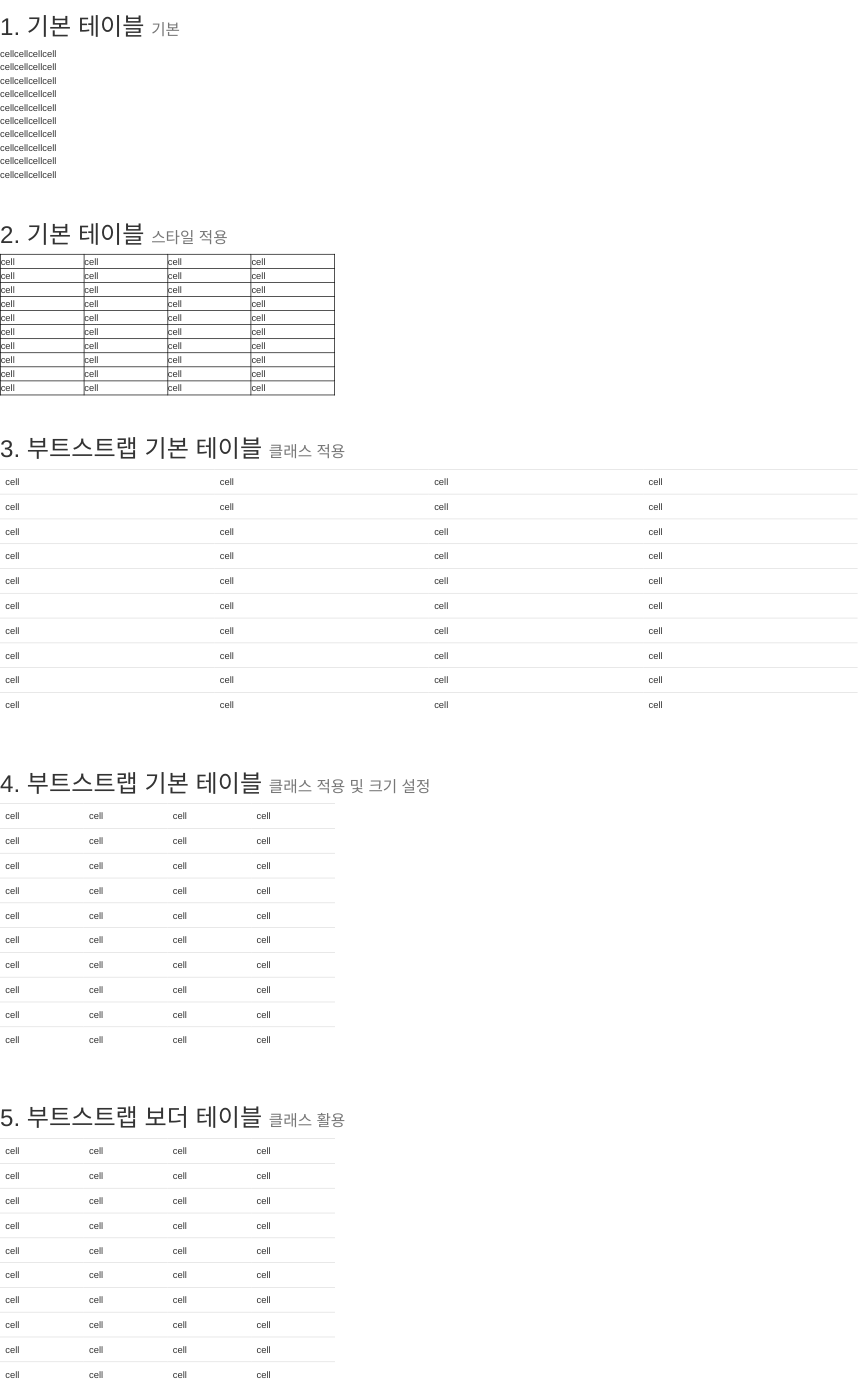
Repository: abbyinkr/BootstrapStudy
Page: BootStrapWork/WebContent/BootEx02.html
These files come from the project's save history. The page is drawn as it stood at one moment and after the next save; the edit follows.
The browser window is 1280 px wide. The pictures show the whole page, at 67% of full size.

Above is the page before, as saved 2021-07-01 03:36:39.

After the next save:
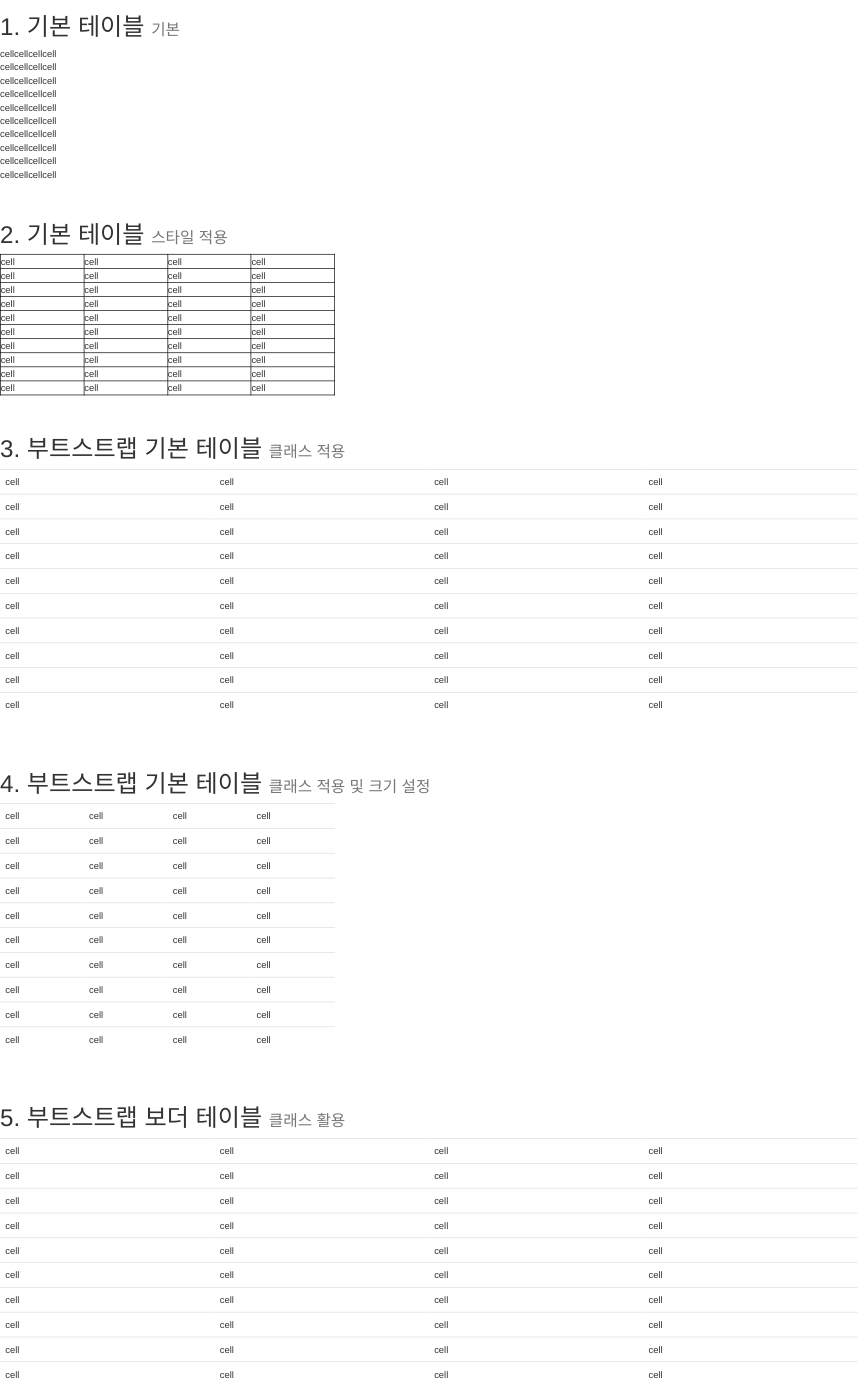
Saved 8 s later.
--- a/BootStrapWork/WebContent/BootEx02.html
+++ b/BootStrapWork/WebContent/BootEx02.html
@@ -305,7 +305,7 @@
 
 <h1>5. 부트스트랩 보더 테이블 <small>클래스 활용</small> </h1>
 
-<table class="table" style="width: 500px;">
+<table class="table">
 	<tr>
 		<td>cell</td>
 		<td>cell</td>
